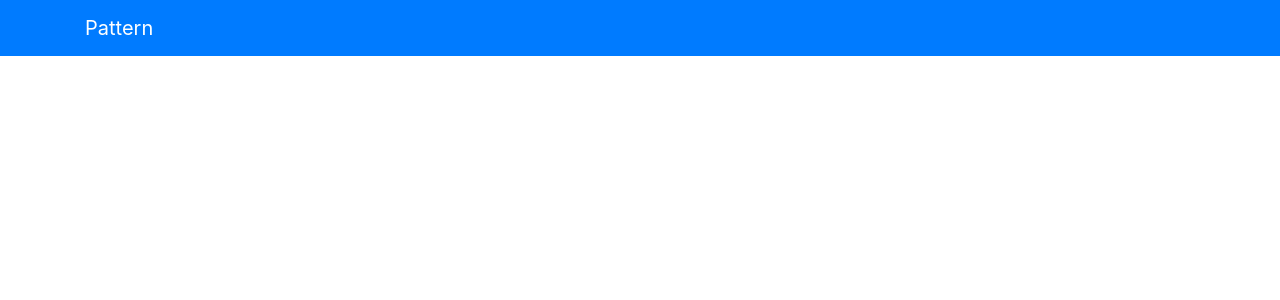
Repository: manojsatya/Web_development
Page: Pattern_project/index.html
An editor plug-in stored every save of this project. The page is shown before and after the next save, followed by the edit.
The browser window is 1280 px wide. The pictures show the whole page.

Above is the page before, as saved 2019-05-29 10:39:20.

After the next save:
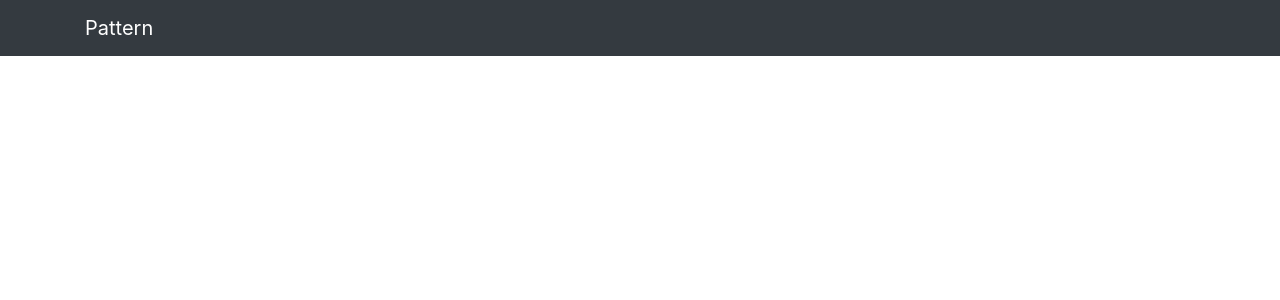
Saved 10 s later.
--- a/Pattern_project/index.html
+++ b/Pattern_project/index.html
@@ -8,7 +8,7 @@
     <link rel="stylesheet" href="https://stackpath.bootstrapcdn.com/bootstrap/4.3.1/css/bootstrap.min.css">
 </head>
 <body>
-    <nav class="navbar bg-primary navbar-dark">
+    <nav class="navbar bg-dark navbar-dark">
         <div class="container">
             <a href="" class="navbar-brand">Pattern</a>
         </div>
